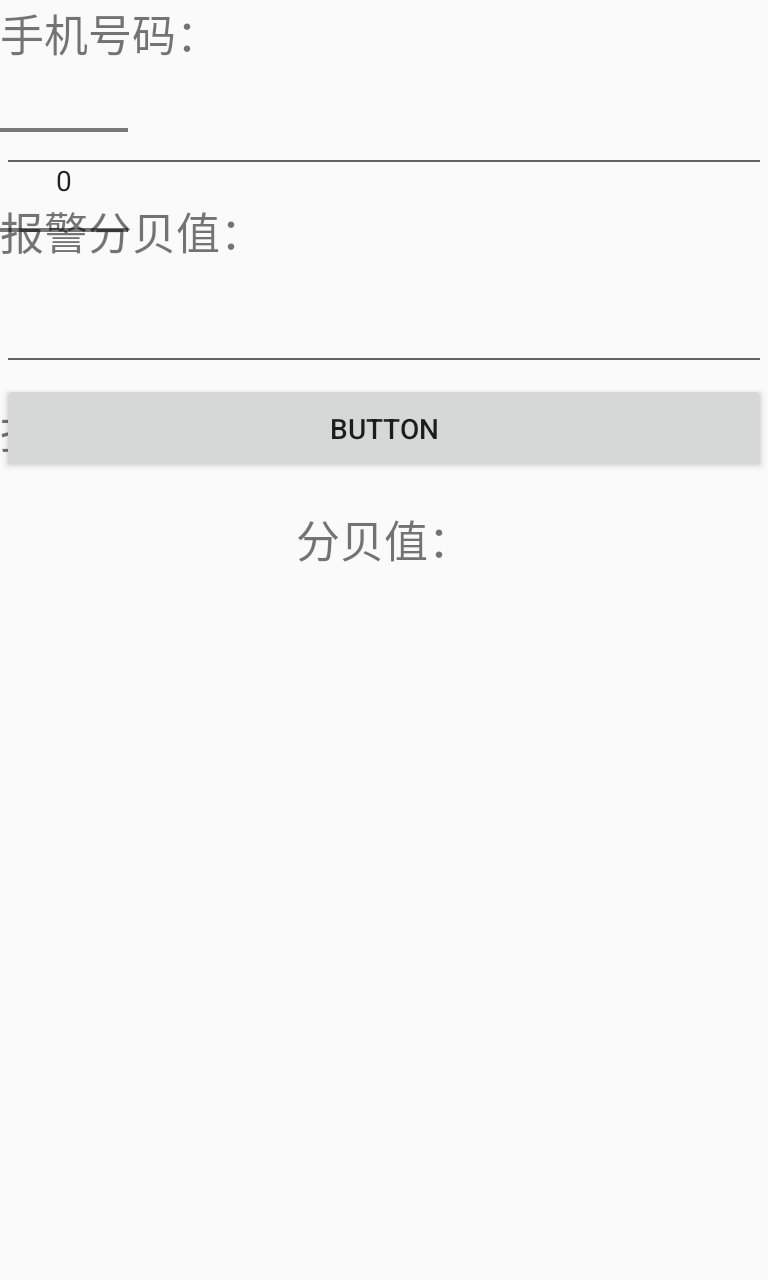
Repository: lovelyzhang/DBdetection
Layout: DBDetection/res/layout/activity_main.xml
These files come from the project's save history. The layout is drawn as it stood at one moment and after the next save; the edit follows.
It is drawn on a 768 x 1280 px phone screen (xhdpi) without system bars, with theme AppTheme; the app's code is not run.

Above is the layout before, as saved 2014-09-15 12:04:28.

After the next save:
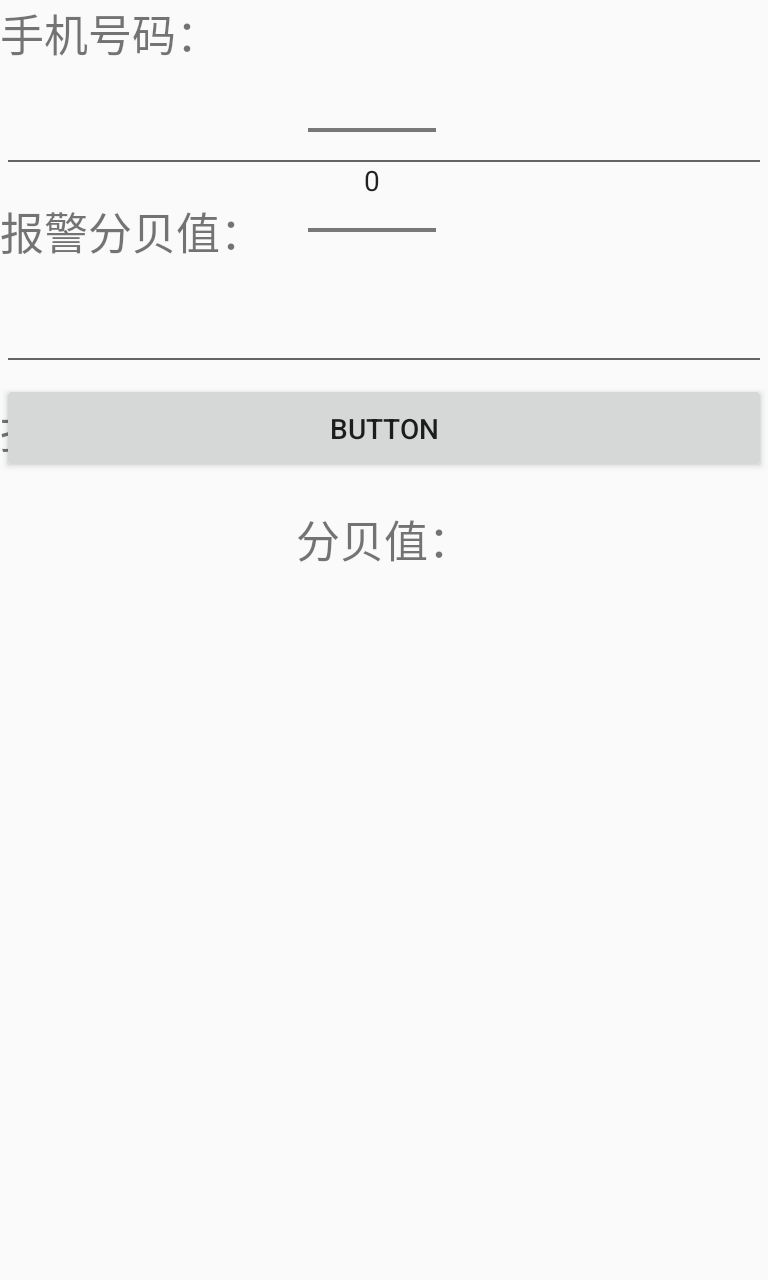
Saved 13 s later.
--- a/DBDetection/res/layout/activity_main.xml
+++ b/DBDetection/res/layout/activity_main.xml
@@ -60,7 +60,7 @@
      	    android:id="@+id/np"
    	        android:layout_width="wrap_content"
         	android:layout_height="wrap_content"
-        	android:layout_alignLeft="@id/DBNumbers"
+        	android:layout_toRightOf="@id/DBNumbers"
      	  />
 
 
